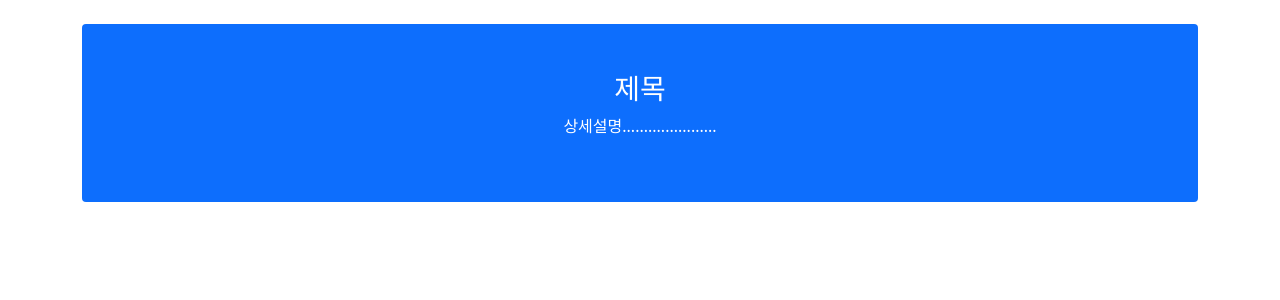
Repository: minokki/mino
Page: http://localhost/lec03_mvc/
The author's editor kept a copy of each file at every save. The page is drawn from the files as they stood at one save, then again after the next save.
The browser window is 1280 px wide. The pictures show the whole page.
Some web libraries are served in a nearby version. The page is served by Tomcat 9. Other server files are loaded and not shown.

Above is the page before, as saved 2022-12-28 00:38:14.

### spring/lec03_mvc/src/main/webapp/index.jsp
<%@page language="java" contentType="text/html; charset=UTF-8" pageEncoding="UTF-8"%>
<%@taglib uri="http://java.sun.com/jsp/jstl/core" prefix="c" %>
<!DOCTYPE html>
<html>
<head>
   <title>Spring Framework</title>
   <meta charset="UTF-8">
    <meta name="viewport" content="width=device-width, initial-scale=1">
   <link rel="stylesheet" href="https://use.fontawesome.com/releases/v5.4.1/css/all.css"
      integrity="sha384-5sAR7xN1Nv6T6+dT2mhtzEpVJvfS3NScPQTrOxhwjIuvcA67KV2R5Jz6kr4abQsz"
      crossorigin="anonymous">
   <link href="https://cdn.jsdelivr.net/npm/bootstrap@5.0.2/dist/css/bootstrap.min.css" rel="stylesheet" integrity="sha384-EVSTQN3/azprG1Anm3QDgpJLIm9Nao0Yz1ztcQTwFspd3yD65VohhpuuCOmLASjC" crossorigin="anonymous">
   <script src="https://cdn.jsdelivr.net/npm/bootstrap@5.0.2/dist/js/bootstrap.bundle.min.js" integrity="sha384-MrcW6ZMFYlzcLA8Nl+NtUVF0sA7MsXsP1UyJoMp4YLEuNSfAP+JcXn/tWtIaxVXM" crossorigin="anonymous"></script>
</head>
<body>
   <div class="container" align="center">
      <div class="mt-4 p-5 bg-primary text-white rounded">
         <h3>제목</h3>
         <p>상세설명......................</p>

      </div>
      <br>


   </div>
</body>
</html>

After the next save:
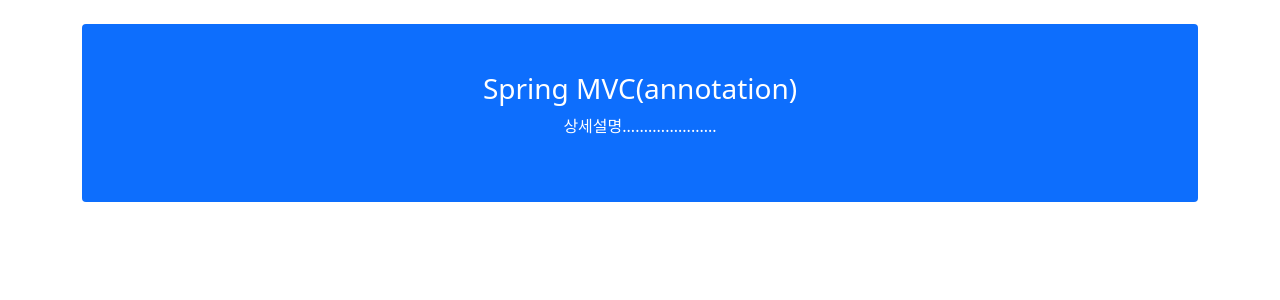
Saved 107 s later.
--- a/spring/lec03_mvc/src/main/webapp/index.jsp
+++ b/spring/lec03_mvc/src/main/webapp/index.jsp
@@ -15,13 +15,13 @@
 <body>
    <div class="container" align="center">
       <div class="mt-4 p-5 bg-primary text-white rounded">
-         <h3>제목</h3>
+         <h3>Spring MVC(annotation)</h3>
          <p>상세설명......................</p>
 
       </div>
       <br>
 
-
+      <a href="login.do" class="btn btn "></a>
    </div>
 </body>
 </html>
